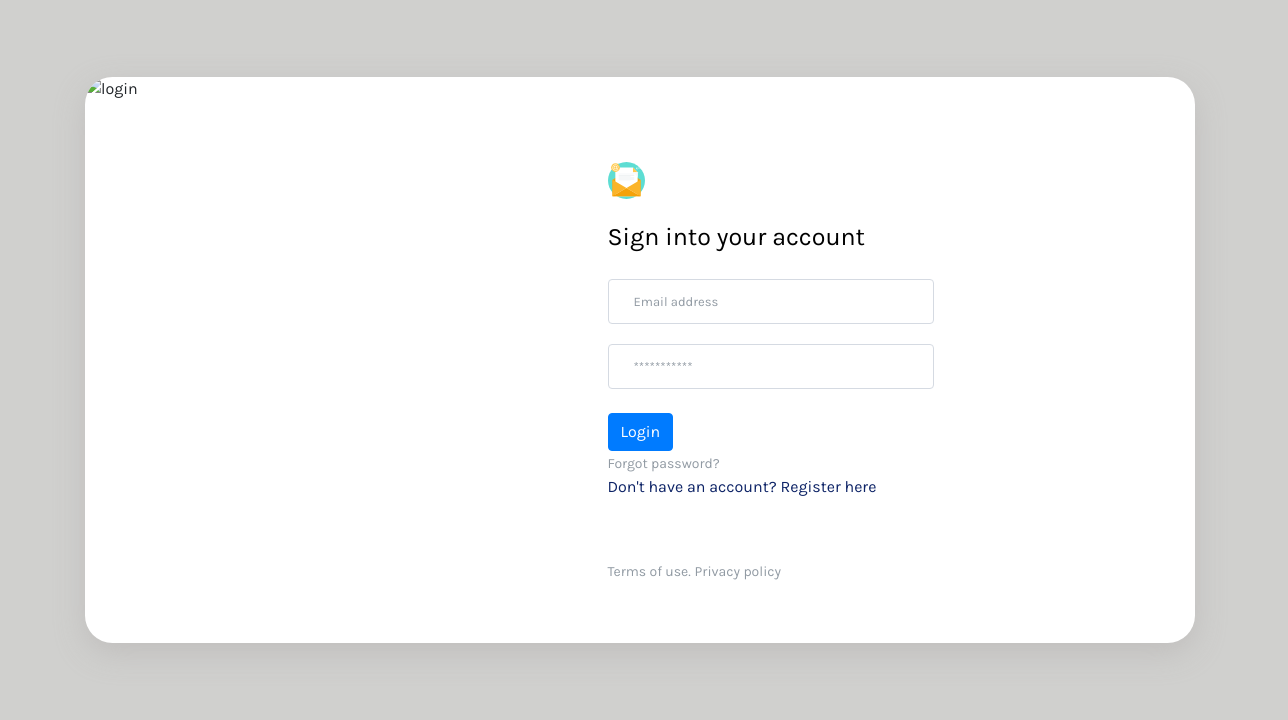
Repository: sara55m/Login
Page: http://localhost/login
These files come from the project's save history. The page is drawn as it stood at one moment and after the next save; the edit follows.
The browser window is 1280 px wide. The page is 1280 px wide, then 1288 px, then 1280 px, so the pictures cover 1288 px, including what lies to the right of the window. The pictures show the whole page.
Some web libraries are served in a nearby version. The page is served by the project's Laravel application, run on PHP 8.4 with Laravel 10.

Above is the page before, as saved 2024-03-04 00:23:10.

After the next save:
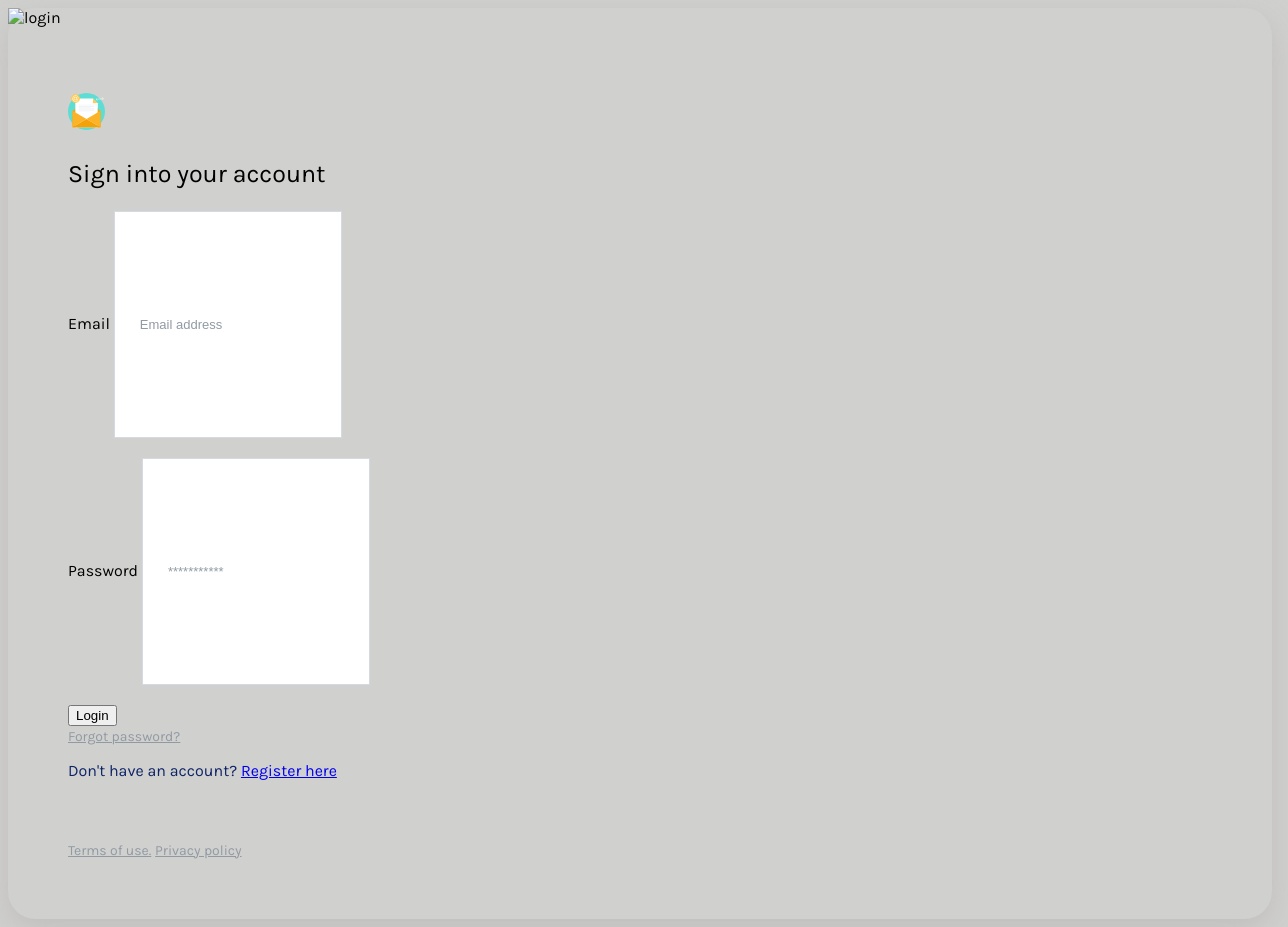
Saved 3 h 24 min later.
--- a/resources/views/layout.blade.php
+++ b/resources/views/layout.blade.php
@@ -6,8 +6,8 @@
   <meta http-equiv="X-UA-Compatible" content="ie=edge">
   <title>@yield('title')</title>
   <link href="https://fonts.googleapis.com/css?family=Karla:400,700&display=swap" rel="stylesheet">
-  <link rel="stylesheet" href="https://cdn.materialdesignicons.com/4.8.95/css/materialdesignicons.min.css">
-  <link rel="stylesheet" href="https://stackpath.bootstrapcdn.com/bootstrap/4.4.1/css/bootstrap.min.css">
+  {{-- <link rel="stylesheet" href="https://cdn.materialdesignicons.com/4.8.95/css/materialdesignicons.min.css">
+  <link rel="stylesheet" href="https://stackpath.bootstrapcdn.com/bootstrap/4.4.1/css/bootstrap.min.css"> --}}
   <link rel="stylesheet" href="assets/css/login.css">
 </head>
 <body>

After the save that followed:
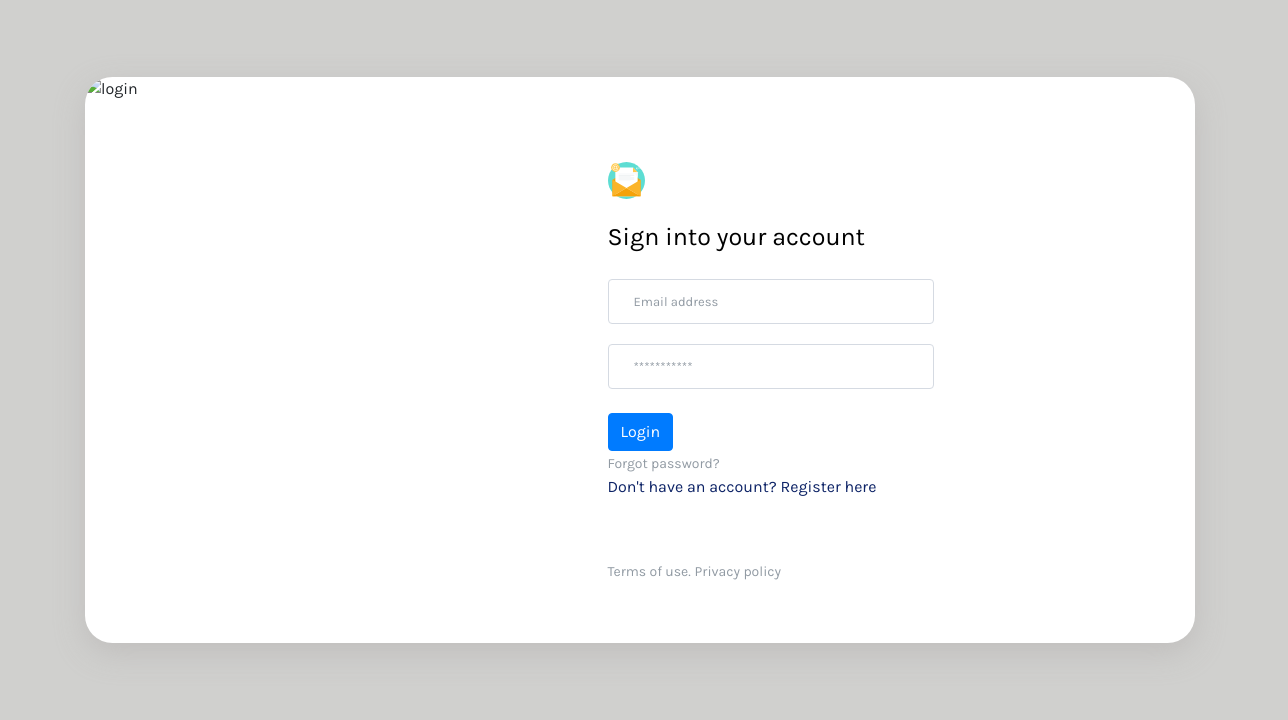
Saved 24 s later.
--- a/resources/views/layout.blade.php
+++ b/resources/views/layout.blade.php
@@ -6,8 +6,8 @@
   <meta http-equiv="X-UA-Compatible" content="ie=edge">
   <title>@yield('title')</title>
   <link href="https://fonts.googleapis.com/css?family=Karla:400,700&display=swap" rel="stylesheet">
-  {{-- <link rel="stylesheet" href="https://cdn.materialdesignicons.com/4.8.95/css/materialdesignicons.min.css">
-  <link rel="stylesheet" href="https://stackpath.bootstrapcdn.com/bootstrap/4.4.1/css/bootstrap.min.css"> --}}
+  <link rel="stylesheet" href="https://cdn.materialdesignicons.com/4.8.95/css/materialdesignicons.min.css">
+  <link rel="stylesheet" href="https://stackpath.bootstrapcdn.com/bootstrap/4.4.1/css/bootstrap.min.css">
   <link rel="stylesheet" href="assets/css/login.css">
 </head>
 <body>
